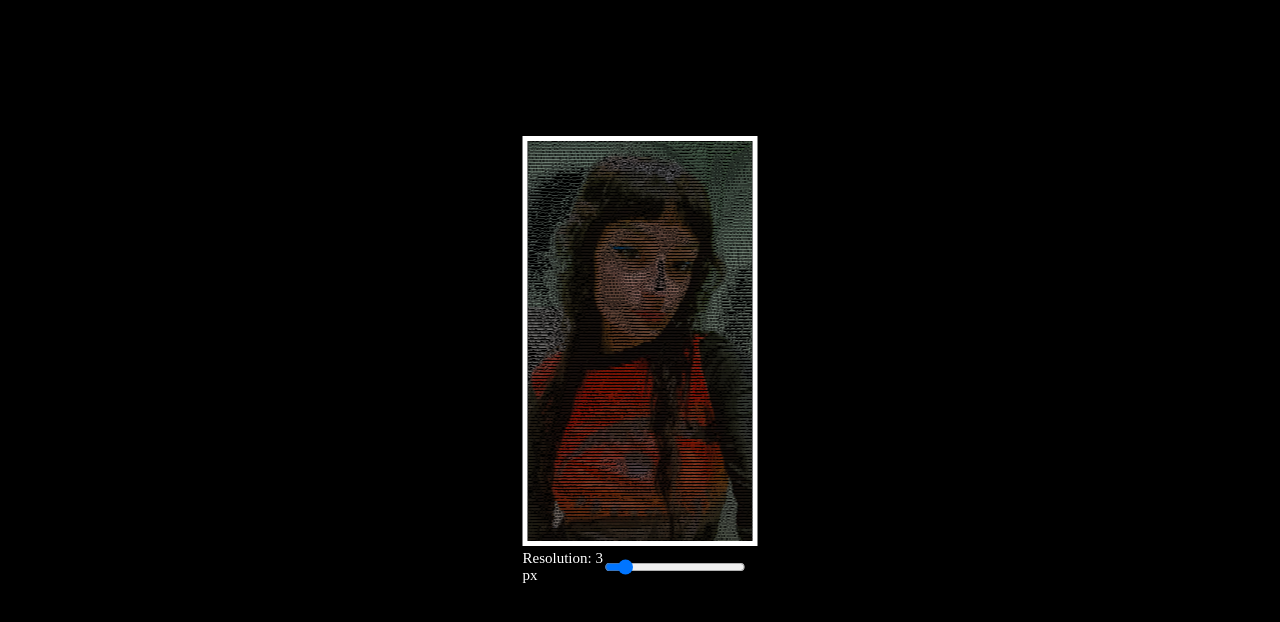
Repository: rosieomusic/ascii-art
Page: index.html
The author's editor kept a copy of each file at every save. The page is drawn from the files as they stood at one save, then again after the next save.
The browser window is 1280 px wide. The pictures show the whole page.

Above is the page before, as saved 2025-04-16 18:35:14.

### index.html
<!DOCTYPE html>
<html>
	<head>
		<meta charset="UTF-8" />
		<meta
			http-equiv="X-UA-Compatible"
			content="IE-edge"
		/>
		<title>Pixels</title>
		<link
			rel="stylesheet"
			href="styles.css"
		/>
	</head>
	<body>
		<div class="container">
			<canvas id="canvas1"></canvas>
			<div class="controls">
				<label
					for="resolution"
					id="resolutionLabel"
					>Resolution 5 px</label
				>
				<input
					type="range"
					id="resolution"
					name="resolution"
					min="1"
					max="20"
					value="3"
				/>
			</div>
		</div>

		<script src="script.js"></script>
	</body>
</html>

### styles.css
* {
	margin: 0;
	padding: 0;
	box-sizing: border-box;
}
body {
	background: black;
}
.container {
	position: absolute;

	top: 50%;
	left: 50%;
	transform: translate(-50%, -50%);
}
#canvas1 {
	border: 5px solid white;
}
.controls {
	display: flex;
}
.controls > input {
	width: 60%;
}
.controls > label {
	width: 35%;
	color: white;
	font-size: 15px;
}

### script.js
const inputSlider = document.getElementById('resolution');
const inputLabel = document.getElementById('resolutionLabel');
const canvas = document.getElementById('canvas1');
const ctx = canvas.getContext('2d');

const image1 = new Image();
image1.src = 'img/alfi.png';
inputSlider.addEventListener('change', handleSlider);

class Cell {
	constructor(x, y, symbol, color, size) {
		this.x = x;
		this.y = y;
		this.symbol = symbol;
		this.color = color;
		this.size = size;
	}
	draw(ctx) {
		ctx.font = `${this.size}px 'Courier New'`;
		//ctx.fillStyle = 'white';
		//ctx.fillText(this.symbol, this.x + 1, this.y + 1, +this.size);

		ctx.fillStyle = this.color;
		ctx.fillText(this.symbol, this.x, this.y + this.size);
	}
}
class AsciiEffect {
	#imageCellArray = [];
	#pixels = [];
	#ctx;
	#width;
	#height;
	constructor(ctx, width, height) {
		this.#ctx = ctx;
		this.#width = width;
		this.#height = height;
		this.#ctx.drawImage(image1, 0, 0, this.#width, this.#height);
		this.#pixels = this.#ctx.getImageData(0, 0, this.#width, this.#height);
		console.log(this.#pixels.data);
	}
	#convertToSymbol(g) {
		const asciiGradient =
			'$@B%8&WM#*oakhbdpqwmZO0QCLJUYXzcvunxrjft/|)(1}{][?-_+~i!lI;:,"^`.';
		const index = Math.floor((g / 255) * (asciiGradient.length - 1));
		return asciiGradient[index];
	}

	#scanImage(cellSize) {
		this.#imageCellArray = [];
		const stepX = Math.floor(cellSize / 3);
		const stepY = cellSize;
		for (let y = 0; y < this.#pixels.height; y += stepY) {
			for (let x = 0; x < this.#pixels.width; x += stepX) {
				if (x >= this.#pixels.width || y >= this.#pixels.height) continue;
				const posX = x * 4;
				const posY = y * 4;
				const pos = (y * this.#pixels.width + x) * 4;

				if (this.#pixels.data[pos + 3] > 128) {
					const red = this.#pixels.data[pos];
					const green = this.#pixels.data[pos + 1];
					const blue = this.#pixels.data[pos + 2];
					const grayscale = 0.2126 * red + 0.7152 * green + 0.0722 * blue;

					//const color = 'white';
					//const color = grayscale > 128 ? 'white' : 'black';
					const total = red + green + blue;
					const averageColorValue = total / 3;
					const color = `rgb(${red}, ${green}, ${blue})`;
					const symbol = this.#convertToSymbol(averageColorValue);
					if (symbol)
						this.#imageCellArray.push(new Cell(x, y, symbol, color, cellSize));
				}
			}
		}
		console.log(this.#imageCellArray);
	}
	#drawAscii() {
		this.#ctx.clearRect(0, 0, this.#width, this.#height);
		for (let i = 0; i < this.#imageCellArray.length; i++) {
			this.#imageCellArray[i].draw(this.#ctx);
		}
	}
	draw(cellSize) {
		this.#scanImage(cellSize);
		this.#drawAscii();
	}
}
let effect;
function handleSlider() {
	console.log('Slider value: ', inputSlider.value);
	if (inputSlider.value == 1) {
		inputLabel.innerHTML = 'Original Image';
		ctx.drawImage(image1, 0, 0, canvas.width, canvas.height);
	} else {
		inputLabel.innerHTML = 'Resolution: ' + inputSlider.value + ' px';
		ctx.font = parseInt(inputSlider.value) * 2 + 'px Courier New';
		effect.draw(parseInt(inputSlider.value));
	}
}
image1.onload = function initialize() {
	console.log('Image loaded: ', image1.src);
	console.log('Image dimiensions: ', image1.width, image1.height);

	canvas.width = image1.width;
	canvas.height = image1.height;
	ctx.drawImage(image1, 0, 0);

	const base64Image = canvas.toDataURL('img/alfi.png');
	console.log('Base64 image:', base64Image);

	effect = new AsciiEffect(ctx, image1.width, image1.height);
	//effect.draw(parseInt(inputSlider.value));
	handleSlider();
};

After the next save:
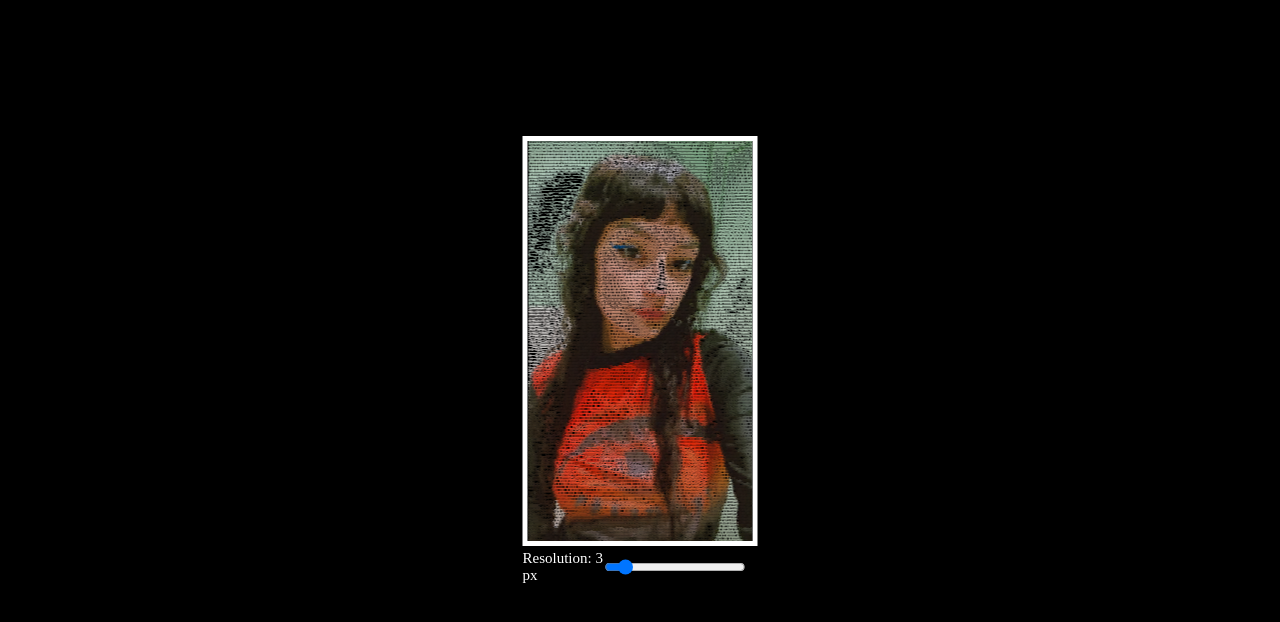
Saved 17 s later.
--- a/script.js
+++ b/script.js
@@ -16,7 +16,7 @@
 		this.size = size;
 	}
 	draw(ctx) {
-		ctx.font = `${this.size}px 'Courier New'`;
+		ctx.font = `${this.size * 2}px 'Courier New'`;
 		//ctx.fillStyle = 'white';
 		//ctx.fillText(this.symbol, this.x + 1, this.y + 1, +this.size);
 
